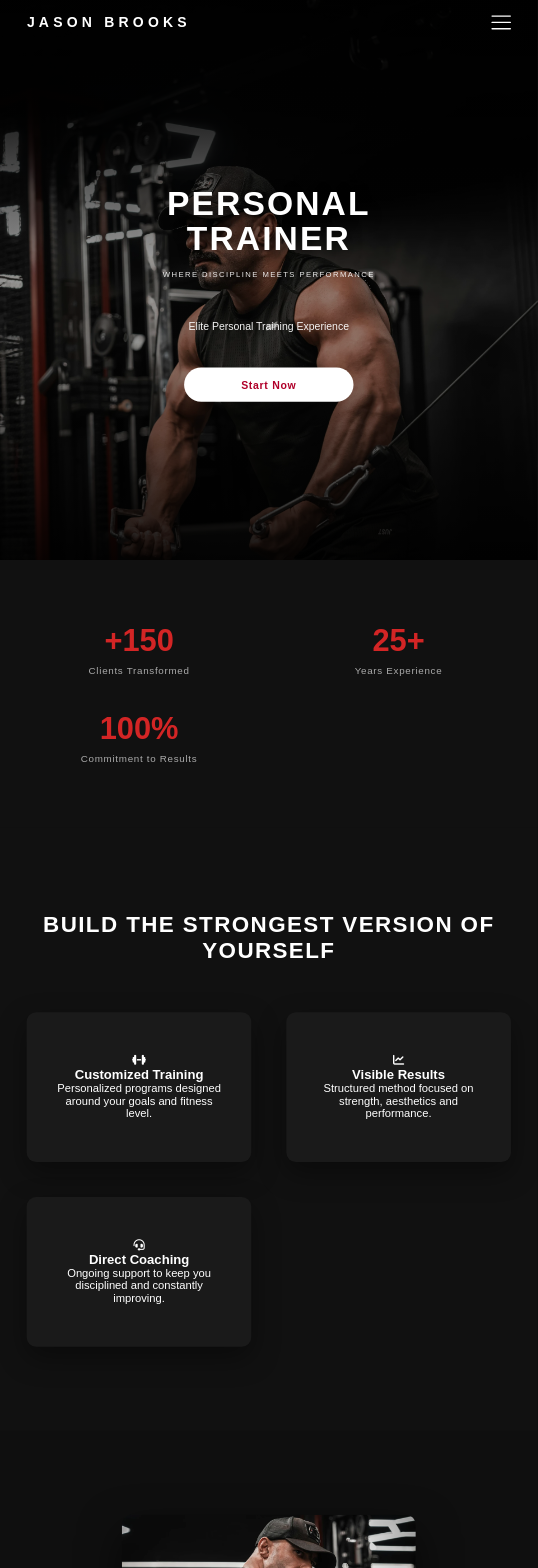
Repository: davidfsillva/Jason-Brooks
Page: index.html
The author's editor kept a copy of each file at every save. The page is drawn from the files as they stood at one save, then again after a run of saves.
The browser window is 768 px wide. The pictures show the part of the page from y = 0 to 2240 px (the page is 3913 px tall), at 70% of full size.
Some web fonts or font styles are not loaded; a fallback is used.

Above is the page before, as saved 2026-02-21 17:18:14.

After the next 2 saves:
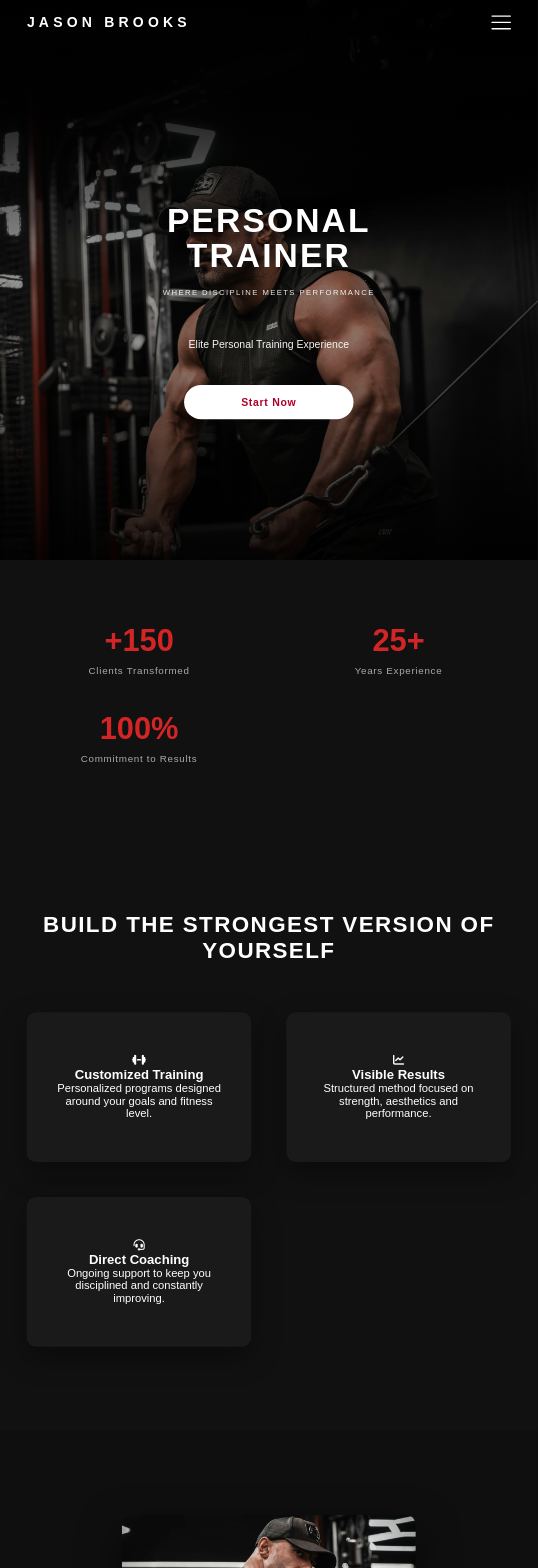
The 2 saves are shown as one change because they came seconds apart.
The last was saved 7 s later.
--- a/style.css
+++ b/style.css
@@ -577,7 +577,7 @@
         font-size: 48px;
         line-height: 1.05;
         letter-spacing: 3px;
-        margin-top: 40px;
+        margin-top: 90px;
         text-shadow: 0 5px 20px rgba(0,0,0,0.6);
         text-align: center;
     }

After the save that followed:
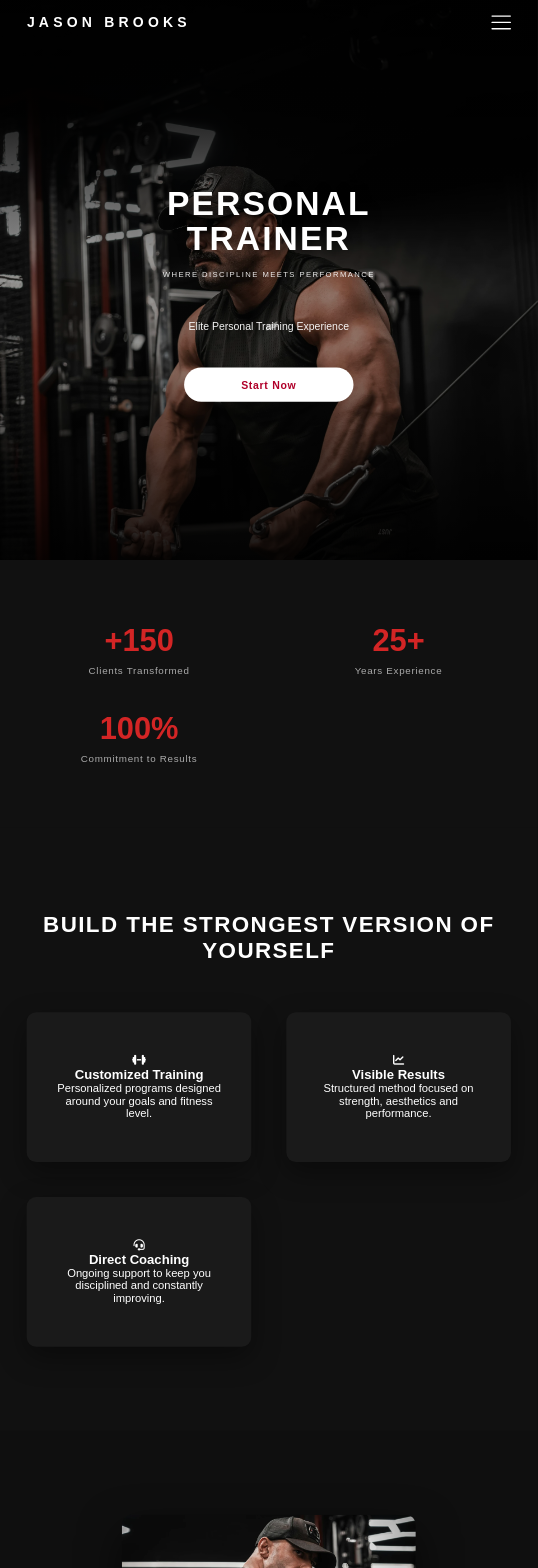
Saved 5 s later.
--- a/style.css
+++ b/style.css
@@ -577,7 +577,7 @@
         font-size: 48px;
         line-height: 1.05;
         letter-spacing: 3px;
-        margin-top: 90px;
+        margin-top: 40px;
         text-shadow: 0 5px 20px rgba(0,0,0,0.6);
         text-align: center;
     }
